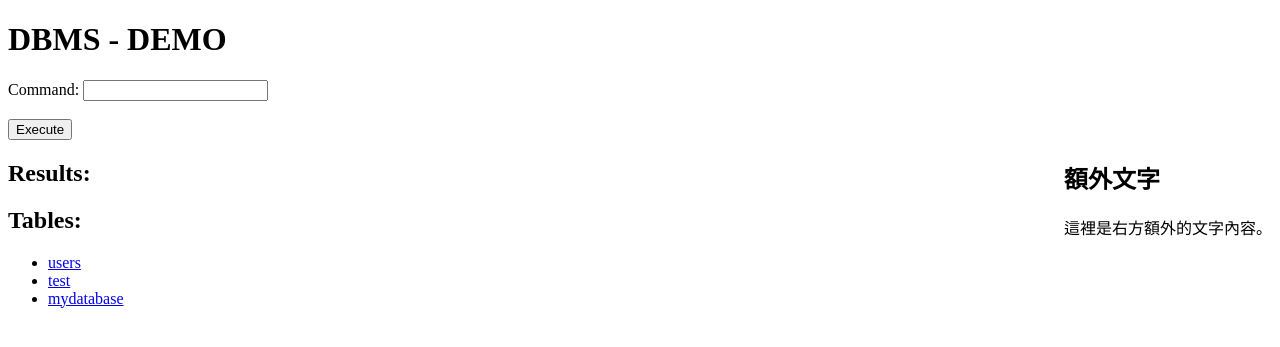
Repository: mark6969/DBMS-use-python
Page: http://localhost/
An editor plug-in stored every save of this project. The page is shown before and after the next save, followed by the edit.
The browser window is 1280 px wide. The pictures show the whole page.
The page is served by the project's application, run on Flask 3 (run.py).

Above is the page before, as saved 2023-05-19 15:39:34.

After the next save:
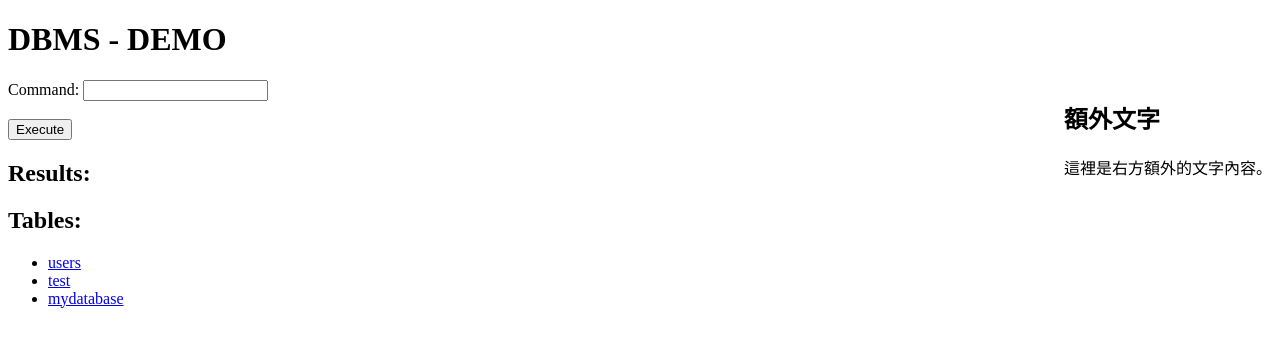
Saved 35 s later.
--- a/templates/index.html
+++ b/templates/index.html
@@ -18,16 +18,17 @@
 </head>
 <body>
     <h1>DBMS - DEMO</h1>
+    <div class="right-text">
+        <h2>額外文字</h2>
+        <p>這裡是右方額外的文字內容。</p>
+    </div>
     <form method="POST" action="/">
         <label for="command">Command:</label>
         <input type="text" name="command" id="command" required>
         <br><br>
         <input type="submit" value="Execute">
     </form>
-    <div class="right-text">
-        <h2>額外文字</h2>
-        <p>這裡是右方額外的文字內容。</p>
-    </div>
+
 
     <!-- <h2>Users:</h2>
     <table>
